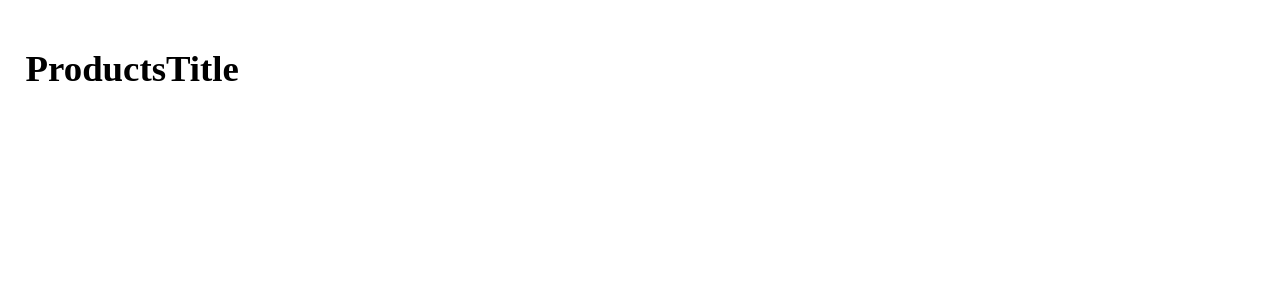
Repository: omarpervezz/dummyshoping-cart
Page: /
The author's editor kept a copy of each file at every save. The page is drawn from the files as they stood at one save, then again after the next save.
The browser window is 1280 px wide. The pictures show the whole page.
The page's requests for data from a server got no answer. The project was rebuilt for these pictures with package versions that can differ from the ones it lists, and the page was loaded fresh each time. No one was signed in, and anything a server would have sent is missing.

Above is the page before, as saved 2022-08-26 09:12:44.

After the next save:
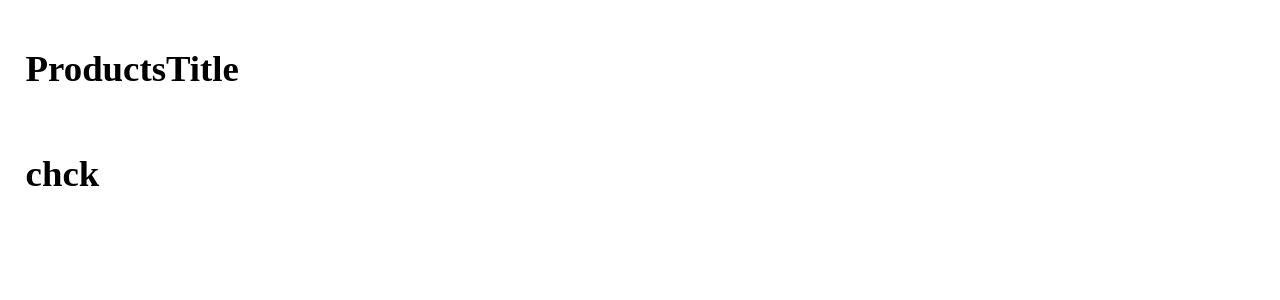
Saved 5 s later.
--- a/src/comp/Product.js
+++ b/src/comp/Product.js
@@ -37,7 +37,7 @@ const Product = () => {
   return (
     <>
       <div>
-
+        <h2>chck</h2>
       </div>
     </>
   );
